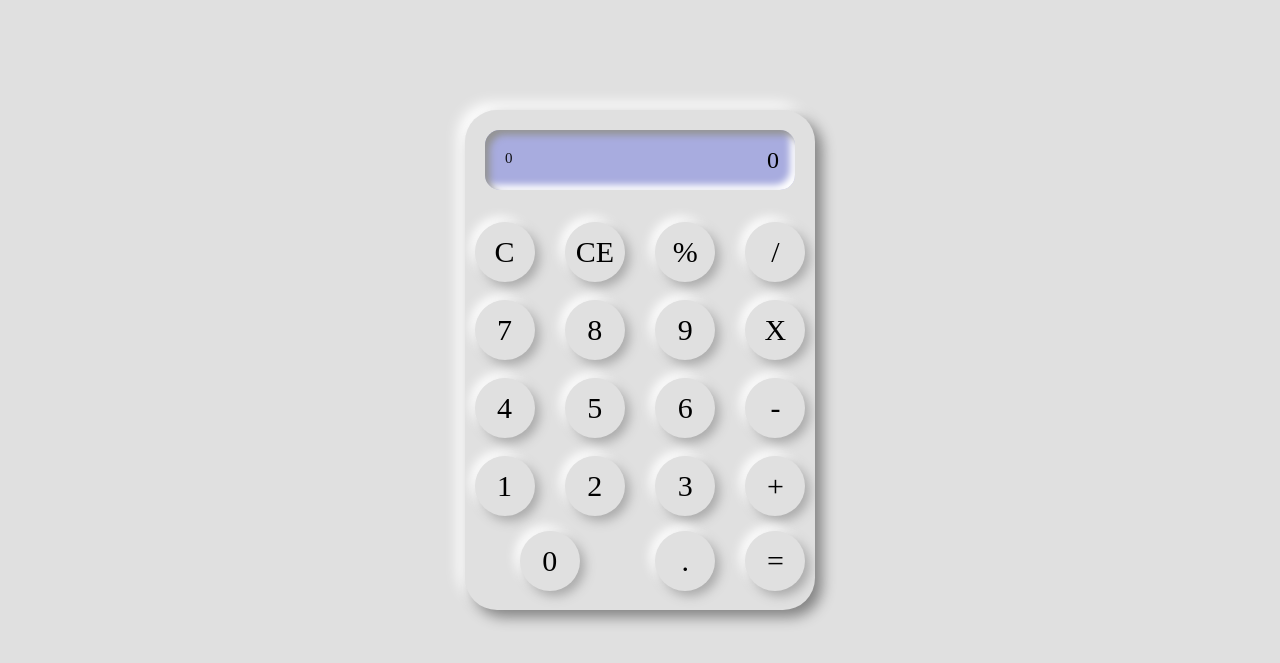
Repository: Goldmyn/Calculator
Page: index.html
An editor plug-in stored every save of this project. The page is shown before and after a run of saves, followed by the edit.
The browser window is 1280 px wide. The pictures show the whole page.

Above is the page before, as saved 2022-09-28 02:31:37.

After the next 2 saves:
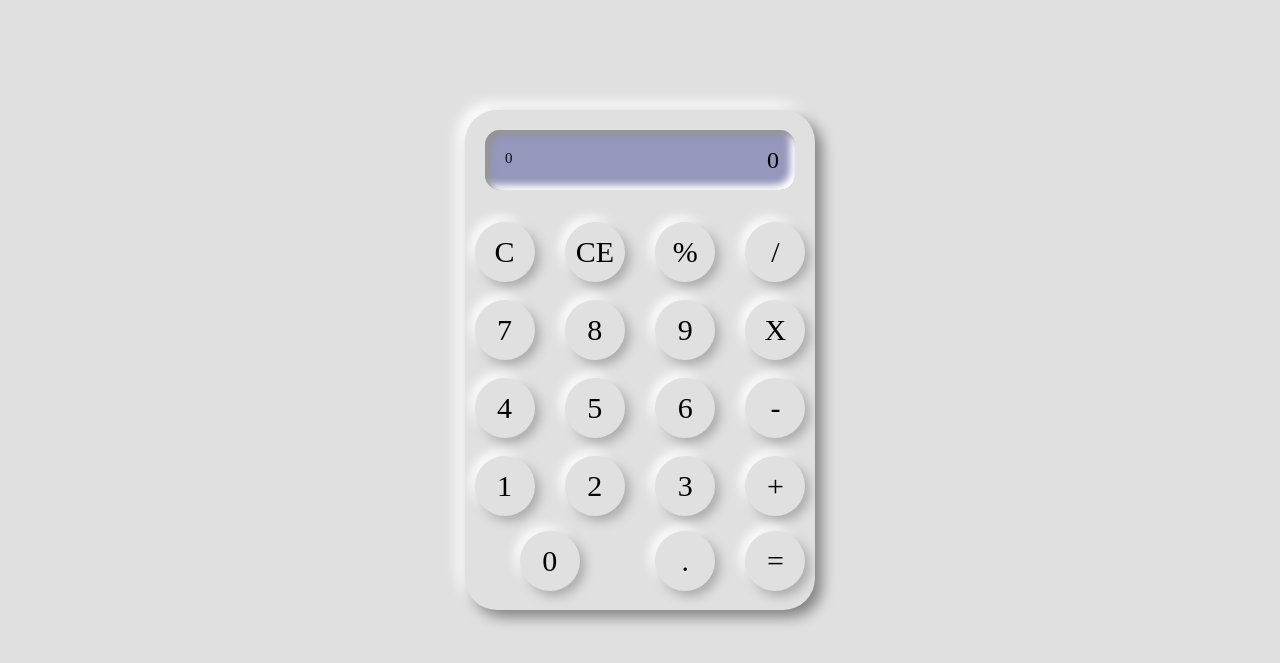
The 2 saves are shown as one change because they came seconds apart.
The last was saved 8 s later.
--- a/index.css
+++ b/index.css
@@ -55,7 +55,7 @@ section {
     align-items: center;
     justify-content: flex-end;
     border-radius: 15px;
-    background: #a8acdf;
+    background: #9597bd;
     font-size: 24px;
     box-shadow: inset 5px 5px 7px #949494 , inset -5px -5px 7px #ffffff;
 }
